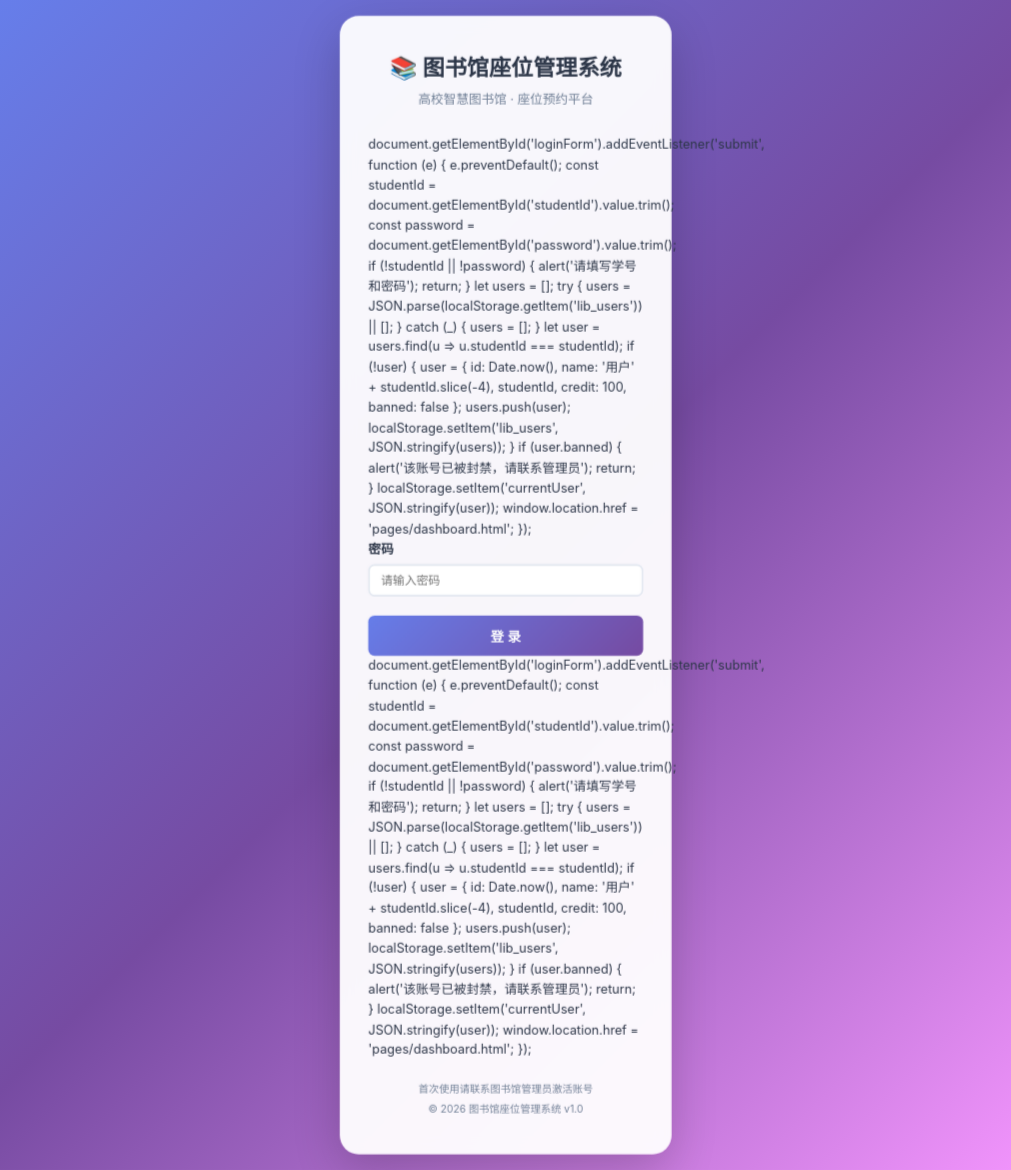
Repository: kinyono/library_seat_system
Page: index.html
These files come from the project's save history. The page is drawn as it stood at one moment and after the next save; the edit follows.
The browser window is 1280 px wide. The pictures show the whole page, at 79% of full size.

Above is the page before, as saved 2026-09-14 23:34:44.

### index.html
<!DOCTYPE html>
<html lang="zh-CN">
<head>
    <meta charset="UTF-8">
    <meta name="viewport" content="width=device-width, initial-scale=1.0">
    <title>图书馆座位管理系统 - 登录</title>
    <link rel="stylesheet" href="css/style.css">
    <link rel="stylesheet" href="css/login.css">
</head>
<body>
    <div class="login-container">
        <div class="login-card">
            <h1>📚 图书馆座位管理系统</h1>
            <p class="subtitle">高校智慧图书馆 · 座位预约平台</p>
            <form id="loginForm">
               document.getElementById('loginForm').addEventListener('submit', function (e) {
  e.preventDefault();
  const studentId = document.getElementById('studentId').value.trim();
  const password = document.getElementById('password').value.trim();
  if (!studentId || !password) {
    alert('请填写学号和密码');
    return;
  }

  let users = [];
  try { users = JSON.parse(localStorage.getItem('lib_users')) || []; } catch (_) { users = []; }
  let user = users.find(u => u.studentId === studentId);
  if (!user) {
    user = { id: Date.now(), name: '用户' + studentId.slice(-4), studentId, credit: 100, banned: false };
    users.push(user);
    localStorage.setItem('lib_users', JSON.stringify(users));
  }
  if (user.banned) {
    alert('该账号已被封禁，请联系管理员');
    return;
  }

  localStorage.setItem('currentUser', JSON.stringify(user));
  window.location.href = 'pages/dashboard.html';
});

                <div class="form-group">
                    <label for="password">密码</label>
                    <input type="password" id="password" class="form-control" placeholder="请输入密码" required>
                </div>
                <button type="submit" class="btn-login">登 录</button>
                document.getElementById('loginForm').addEventListener('submit', function (e) {
  e.preventDefault();
  const studentId = document.getElementById('studentId').value.trim();
  const password = document.getElementById('password').value.trim();
  if (!studentId || !password) {
    alert('请填写学号和密码');
    return;
  }

  let users = [];
  try { users = JSON.parse(localStorage.getItem('lib_users')) || []; } catch (_) { users = []; }
  let user = users.find(u => u.studentId === studentId);
  if (!user) {
    user = { id: Date.now(), name: '用户' + studentId.slice(-4), studentId, credit: 100, banned: false };
    users.push(user);
    localStorage.setItem('lib_users', JSON.stringify(users));
  }
  if (user.banned) {
    alert('该账号已被封禁，请联系管理员');
    return;
  }

  localStorage.setItem('currentUser', JSON.stringify(user));
  window.location.href = 'pages/dashboard.html';
});


            </form>
            <div class="footer-info">
                <p>首次使用请联系图书馆管理员激活账号</p>
                <p>© 2026 图书馆座位管理系统 v1.0</p>
            </div>
        </div>
    </div>
    <script src="js/app.js"></script>
</body>
</html>

### css/style.css
/* ========== Design Tokens ========== */
:root {
  --primary: #667eea;
  --primary-dark: #5a67d8;
  --secondary: #764ba2;
  --success: #48bb78;
  --warning: #ed8936;
  --danger: #f56565;
  --info: #4299e1;
  --bg-light: #f7fafc;
  --bg-white: #ffffff;
  --text-primary: #2d3748;
  --text-secondary: #718096;
  --border-color: #e2e8f0;
  --shadow-sm: 0 1px 3px rgba(0,0,0,0.08);
  --shadow-md: 0 4px 16px rgba(0,0,0,0.12);
  --shadow-lg: 0 10px 40px rgba(0,0,0,0.15);
  --radius-sm: 8px;
  --radius-md: 12px;
  --radius-lg: 24px;
  --transition: all 0.25s ease;
}

* { margin: 0; padding: 0; box-sizing: border-box; }

body {
  font-family: -apple-system, BlinkMacSystemFont, 'Segoe UI', Roboto, 'Helvetica Neue', Arial, sans-serif;
  background: var(--bg-light);
  color: var(--text-primary);
  line-height: 1.6;
}

/* ========== 通用按钮 ========== */
.btn {
  display: inline-flex; align-items: center; justify-content: center;
  gap: 6px; padding: 10px 24px;
  border: none; border-radius: var(--radius-sm);
  font-size: 15px; font-weight: 600; cursor: pointer;
  transition: var(--transition);
}
.btn-primary { background: linear-gradient(135deg, var(--primary), var(--secondary)); color: #fff; }
.btn-primary:hover { transform: translateY(-2px); box-shadow: var(--shadow-md); }
.btn-success { background: var(--success); color: #fff; }
.btn-warning { background: var(--warning); color: #fff; }
.btn-danger { background: var(--danger); color: #fff; }
.btn-outline { background: transparent; border: 2px solid var(--primary); color: var(--primary); }
.btn-outline:hover { background: var(--primary); color: #fff; }

/* ========== 表单通用 ========== */
.form-group { margin-bottom: 16px; }
.form-group label { display: block; margin-bottom: 6px; font-weight: 600; color: var(--text-primary); }
.form-control {
  width: 100%; padding: 10px 14px;
  border: 2px solid var(--border-color); border-radius: var(--radius-sm);
  font-size: 15px; transition: var(--transition);
}
.form-control:focus { outline: none; border-color: var(--primary); box-shadow: 0 0 0 3px rgba(102,126,234,0.2); }

/* ========== 卡片 ========== */
.card {
  background: var(--bg-white); border-radius: var(--radius-md);
  box-shadow: var(--shadow-sm); padding: 24px;
  transition: var(--transition);
}
.card:hover { box-shadow: var(--shadow-md); }

/* ========== 弹窗（模态框） ========== */
.modal-overlay {
  position: fixed; inset: 0; z-index: 9999;
  background: rgba(0,0,0,0.5);
  display: flex; align-items: center; justify-content: center;
  animation: fadeIn 0.2s ease;
}
.modal-card {
  background: var(--bg-white); border-radius: var(--radius-md);
  padding: 32px; min-width: 380px; max-width: 90vw;
  box-shadow: var(--shadow-lg); animation: slideUp 0.3s ease;
}
@keyframes fadeIn { from { opacity: 0; } to { opacity: 1; } }
@keyframes slideUp { from { transform: translateY(30px); opacity: 0; } to { transform: translateY(0); opacity: 1; } }

/* ========== 表格 ========== */
.table-wrapper { overflow-x: auto; }
table {
  width: 100%; border-collapse: collapse;
  background: var(--bg-white); border-radius: var(--radius-sm); overflow: hidden;
}
th, td { padding: 12px 16px; text-align: left; border-bottom: 1px solid var(--border-color); }
th { background: #edf2f7; font-weight: 700; color: var(--text-primary); }
tr:hover { background: #f7fafc; }

/* ========== 选项卡 ========== */
.tabs {
  display: flex; gap: 4px; margin-bottom: 24px;
  background: var(--bg-white); padding: 6px; border-radius: var(--radius-sm);
  box-shadow: var(--shadow-sm);
}
.tab-btn {
  flex: 1; padding: 10px 20px; border: none; background: transparent;
  border-radius: var(--radius-sm); font-size: 15px; font-weight: 600; cursor: pointer;
  color: var(--text-secondary); transition: var(--transition);
}
.tab-btn.active { background: var(--primary); color: #fff; box-shadow: var(--shadow-sm); }
.tab-btn:hover:not(.active) { background: #edf2f7; }
.tab-content { display: none; }
.tab-content.active { display: block; }

### css/login.css
.login-container {
  min-height: 100vh;
  display: flex; align-items: center; justify-content: center;
  background: linear-gradient(135deg, #667eea 0%, #764ba2 50%, #f093fb 100%);
  padding: 20px;
}
.login-card {
  background: rgba(255,255,255,0.95);
  backdrop-filter: blur(10px);
  border-radius: var(--radius-lg);
  padding: 44px 36px;
  width: 420px; max-width: 100%;
  box-shadow: 0 20px 60px rgba(0,0,0,0.2);
  text-align: center;
}
.login-card h1 { font-size: 28px; margin-bottom: 4px; color: var(--text-primary); }
.login-card .subtitle { color: var(--text-secondary); margin-bottom: 32px; }
.login-card form { text-align: left; }
.login-card .btn-login {
  width: 100%; padding: 13px;
  background: linear-gradient(135deg, var(--primary), var(--secondary));
  color: #fff; border: none; border-radius: var(--radius-sm);
  font-size: 17px; font-weight: 700; cursor: pointer;
  transition: var(--transition); margin-top: 8px;
}
.login-card .btn-login:hover { transform: translateY(-3px); box-shadow: var(--shadow-md); }
.login-card .footer-info { margin-top: 26px; color: var(--text-secondary); font-size: 13px; }
.login-card .footer-info p { margin: 4px 0; }

### js/app.js
document.getElementById('loginForm').addEventListener('submit', function (e) {
  e.preventDefault();
  const studentId = document.getElementById('studentId').value.trim();
  const password = document.getElementById('password').value.trim();
  if (!studentId || !password) {
    alert('请填写学号和密码');
    return;
  }

  let users = [];
  try { users = JSON.parse(localStorage.getItem('lib_users')) || []; } catch (_) { users = []; }
  let user = users.find(u => u.studentId === studentId);
  if (!user) {
    user = { id: Date.now(), name: '用户' + studentId.slice(-4), studentId, credit: 100, banned: false };
    users.push(user);
    localStorage.setItem('lib_users', JSON.stringify(users));
  }
  if (user.banned) {
    alert('该账号已被封禁，请联系管理员');
    return;
  }

  localStorage.setItem('currentUser', JSON.stringify(user));
  window.location.href = 'pages/dashboard.html';
});

After the next save:
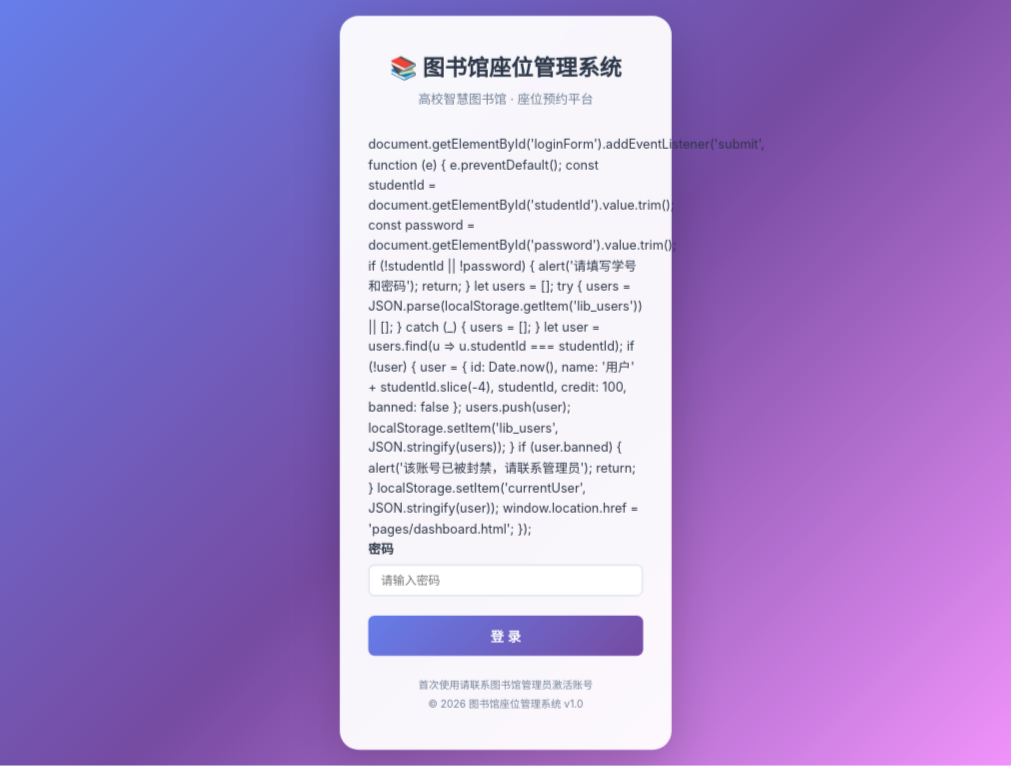
Saved 35 s later.
--- a/index.html
+++ b/index.html
@@ -44,31 +44,6 @@
                     <input type="password" id="password" class="form-control" placeholder="请输入密码" required>
                 </div>
                 <button type="submit" class="btn-login">登 录</button>
-                document.getElementById('loginForm').addEventListener('submit', function (e) {
-  e.preventDefault();
-  const studentId = document.getElementById('studentId').value.trim();
-  const password = document.getElementById('password').value.trim();
-  if (!studentId || !password) {
-    alert('请填写学号和密码');
-    return;
-  }
-
-  let users = [];
-  try { users = JSON.parse(localStorage.getItem('lib_users')) || []; } catch (_) { users = []; }
-  let user = users.find(u => u.studentId === studentId);
-  if (!user) {
-    user = { id: Date.now(), name: '用户' + studentId.slice(-4), studentId, credit: 100, banned: false };
-    users.push(user);
-    localStorage.setItem('lib_users', JSON.stringify(users));
-  }
-  if (user.banned) {
-    alert('该账号已被封禁，请联系管理员');
-    return;
-  }
-
-  localStorage.setItem('currentUser', JSON.stringify(user));
-  window.location.href = 'pages/dashboard.html';
-});
 
 
             </form>

After the save that followed:
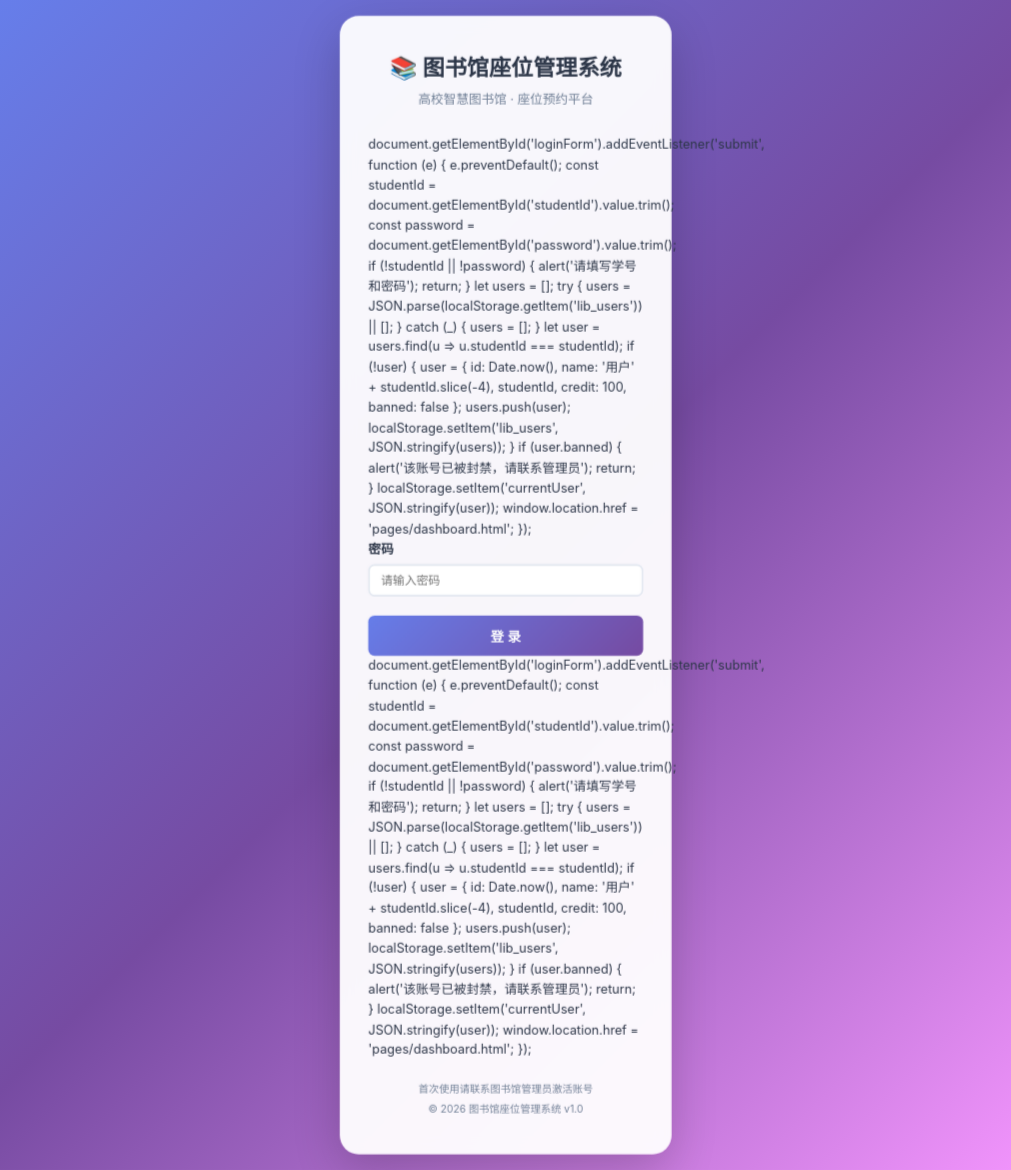
Saved 34 s later.
--- a/index.html
+++ b/index.html
@@ -44,6 +44,31 @@
                     <input type="password" id="password" class="form-control" placeholder="请输入密码" required>
                 </div>
                 <button type="submit" class="btn-login">登 录</button>
+                document.getElementById('loginForm').addEventListener('submit', function (e) {
+  e.preventDefault();
+  const studentId = document.getElementById('studentId').value.trim();
+  const password = document.getElementById('password').value.trim();
+  if (!studentId || !password) {
+    alert('请填写学号和密码');
+    return;
+  }
+
+  let users = [];
+  try { users = JSON.parse(localStorage.getItem('lib_users')) || []; } catch (_) { users = []; }
+  let user = users.find(u => u.studentId === studentId);
+  if (!user) {
+    user = { id: Date.now(), name: '用户' + studentId.slice(-4), studentId, credit: 100, banned: false };
+    users.push(user);
+    localStorage.setItem('lib_users', JSON.stringify(users));
+  }
+  if (user.banned) {
+    alert('该账号已被封禁，请联系管理员');
+    return;
+  }
+
+  localStorage.setItem('currentUser', JSON.stringify(user));
+  window.location.href = 'pages/dashboard.html';
+});
 
 
             </form>
